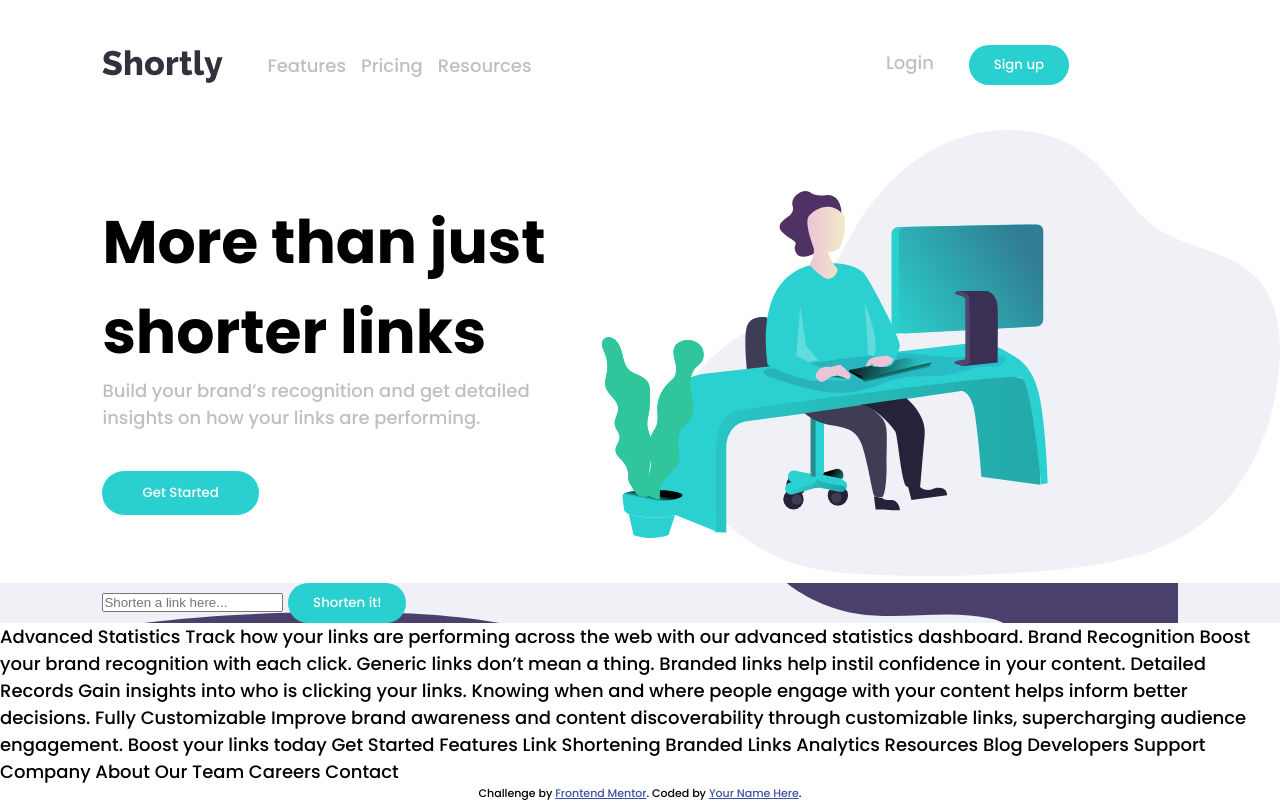
Repository: mamulini/URL-shortener
Page: index.html
The author's editor kept a copy of each file at every save. The page is drawn from the files as they stood at one save, then again after the next save.
The browser window is 1280 px wide. The pictures show the whole page.
The style sheet was rebuilt from its Sass, Less or Tailwind sources for each picture, by a compiler version that may differ from the author's.

Above is the page before, as saved 2020-04-11 21:40:17.

After the next save:
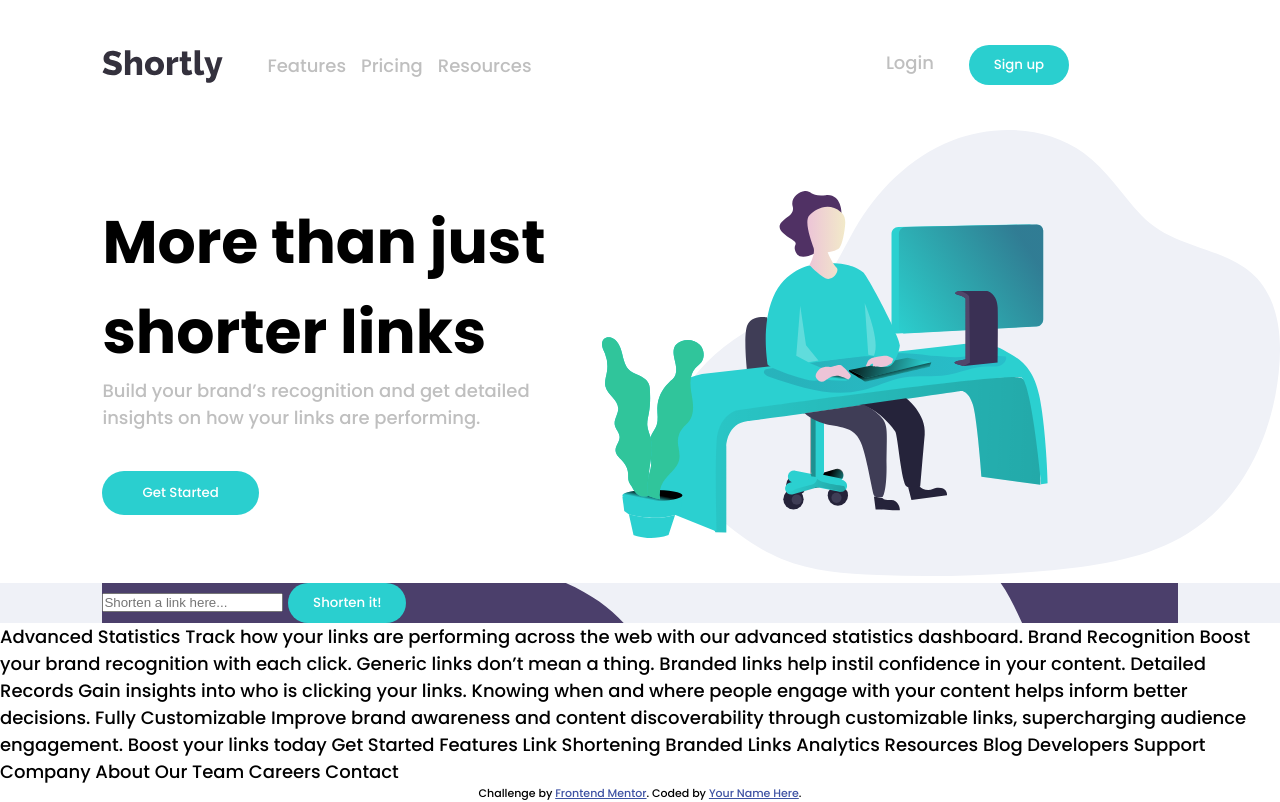
Saved 29 s later.
--- a/sass/main.scss
+++ b/sass/main.scss
@@ -129,6 +129,8 @@ img {
 
     &__handler{
         background-image: url('../images/bg-shorten-desktop.svg') ;
+        background-position: center ;
+        background-size: cover;
     }
 }
 
